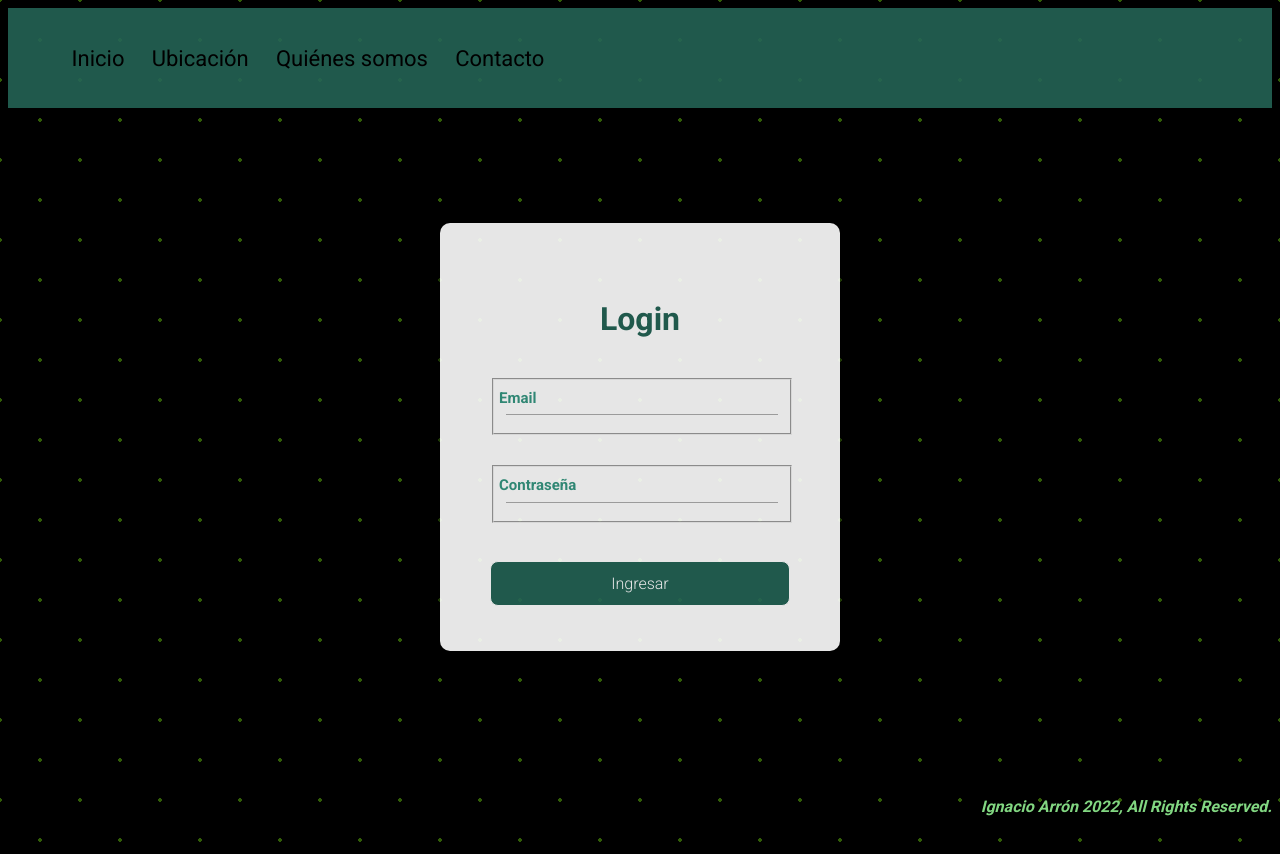
Repository: Divineridh/lppa-parcial2
Page: login.html
The author's editor kept a copy of each file at every save. The page is drawn from the files as they stood at one save, then again after the next save.
The browser window is 1280 px wide. The pictures show the whole page.

Above is the page before, as saved 2022-07-04 21:42:45.

### login.html
<!DOCTYPE html>
<html lang="en">
<head>
    <meta charset="UTF-8">
    <meta http-equiv="X-UA-Compatible" content="IE=edge">
    <meta name="viewport" content="width=device-width, initial-scale=1.0">
    <link rel="stylesheet" href="./styles/login.css">
    <link rel="stylesheet" href="./styles/style.css">
    <script src="./scripts/login.js"></script>
    <link rel="shortcut icon" href="images/favicon.ico" type="image/x-icon">
    <title>Login page</title>
</head>
<body>
    <header>
        <nav>
            <a href="#" target="_blank">Inicio</a>
            <a href="#" target="_blank">Ubicación</a>
            <a href="#" target="_blank">Quiénes somos</a>
            <a href="#" target="_blank">Contacto</a>
        </nav>
    </header>
    <form class="form">
        <h2 class="form-title">Login</h2>
        <fieldset class="form-group">
            <label class="form-label-text" for="txtEmail">Email</label>
            <input class="form-text" type="email" id="txtEmail" placeholder=" ">
            <label class="form-label-error hidden" for="txtEmail">Ingrese un email válido</label>
        </fieldset>
        <fieldset class="form-group">
            <label class="form-label-text" for="txtPassword">Contraseña</label>
            <input class="form-text" type="password" id="txtPassword" placeholder=" ">
            <label class="form-label-error hidden" for="txtPassword">Ingrese una contraseña válido</label>
        </fieldset>
        <input class="form-button" type="submit" value="Ingresar" id="loginBtn">
        <label id="label-error-login" class="form-label-error" hidden></label>
    </form>
    <footer>
        <p>
            Ignacio Arrón 2022, All Rights Reserved.
        </p>
    </footer>
</body>
</html>

### styles/login.css
.form{
    background-color: var(--blanco);
    margin: 100px auto;
    width: 90%;
    max-width: 400px;
    padding: 50px;
    padding-bottom: 25px;
    border-radius: 10px;
    box-shadow: 0px 5px 10px;
    text-align: center;
}

.form-title{
    font-size: 32px;
    margin-bottom: 40px;
    font-weight: 700;
    color: var(--verdeClaro)
}

.form-container{
    margin-top: 50px;
    display:flex;
}

.form-group{
    width: 100%;
    position: relative;
    margin-bottom: 30px;
}

.form-text{
    width: 100%;
    background: none;
    margin-bottom: 8px;
    color: rgb(112, 108, 108);
    font-size: 16px;
    padding: 5px 3px;
    border:none;
    outline:none;
    border-bottom: 1px solid rgb(87, 87, 87, 0.49);
    font-family: 'Roboto', sans-serif;
}

.form-text:focus + .form-lblTxt, .form-txt:not(:placeholder-shown) + .form-lblTxt{
    transform: translateY(-13px) scale(0.9);
    transform-origin: left top;
}

.form-label-text{
    color: var(--verdeAgua);
    position:absolute;
    font-size: 15px;
    top:0;
    left:5px;
    font-weight: bold;
    transform: translateY(9px);
    transform-origin: left bottom;
    transition: transform .5s;
}

.form-label-error{
    width: 100%;
    color:rgb(255, 0, 0);
    text-align: center;
}

.form-img{
    width: 20%;
    height: 20%;
}

.form-button{
    width: 100%;
    background-color: var(--verdeClaro);
    color:var(--blanco);
    font-family: 'Roboto', sans-serif;
    font-weight: 300;
    font-size: 16px;
    padding: 12px 0px;
    border: 1px solid;
    border-radius: 8px;
    cursor: pointer;
    transition: background-color .3s;
    margin-top: 8px;
    margin-bottom: 20px;
}

.form-button:hover{
    color: var(--verdeClaro);
    background-color: var(--blanco);
}

### styles/style.css
@import url('https://fonts.googleapis.com/css2?family=Roboto:wght@300;400;700&display=swap');

*{
    box-sizing: border-box;
    --azul: rgb(56, 102, 242);
    --blanco: rgb(255, 255, 255);
    --gris: rgb(221, 221, 221);
    --negro: rgb(0, 0, 0);
    --verdeOscuro: rgb(15, 54, 45);
    --verdeClaro: rgb(36, 99, 85);
    --verdeAgua: rgb(54, 150, 129);
    --verdeHeader: rgb(17, 96, 0);
}

body{
    font-family: 'Roboto', sans-serif;
    background-color: var(--negro);
    opacity: 0.9;
    background-image: radial-gradient(#315d07 2px, transparent 2px), radial-gradient(#315d07 2px, #000000 2px);
    background-size: 80px 80px;
    background-position: 0 0,40px 40px;
    display:flex;
    flex-direction: column;
}

header{
    width: 100%;
    height: 100px;
    padding: 0px 50px;
    margin-bottom: 15px;
    display: flex;
    justify-content: space-between;
    align-items: center;
    background-color: var(--verdeClaro);
}

header h1{
    font-weight: 700;
    font-size: 40px;
    color:var(--blanco);
}

header nav{
    display:inherit;
    justify-content: space-around;
    width: 500px;
}

header nav a{
    text-decoration: none;
    font-weight: 400;
    font-size: 22px;
    color:var(--negro);
}

header nav i{
    font-size: 22px;
}

header nav a:hover, i:hover{
    color: var(--blanco);
    cursor: pointer;
}

footer{
    width: 100%;
    height: 50px;
    display: flex;
    justify-content: right;
    align-items: bottom;
    margin-top: 30px;
    margin-bottom: 15px;
}

footer p{
    color: lightgreen;
    font-weight: 700;
    font-style: oblique;
    text-align: center;
}

.hidden{
    display:none;
}

### scripts/login.js
window.onload = function() {
    SessionCheck();
    GetElements();
    HideLabels();
    submit.onclick = (e) => {
        e.preventDefault();
        if (FieldValidations()) {
            errorLogin.classList.toggle("hidden", true);
            Request();
        }
    }
}

function SessionCheck() {
    if (localStorage.logged == "true") {
        location = "./dashboard.html";
    }
}

function GetElements() {
    email = document.getElementById("txtEmail");
    password = document.getElementById("txtPassword");
    submit = document.getElementById("loginBtn")
    errorLogin = document.getElementById("label-error-login")
}

function Login(data) {
    if (data.error == false) {
        localStorage.logged = "true";
    }
}

function FieldValidations() {
    validate = true;
    if (password.value.length < 7) {
        pass.labels[1].classList.toggle("hidden", false);
        validate = false;
    }
    if (!email.value.match(/[a-z0-9]+@[a-z]+\.[a-z]{2,3}/)) {
        email.labels[1].classList.toggle("hidden", false);
        validate = false;
    }
    return validate;
}

function HideLabels() {
    email.onfocus = () => {
        email.labels[1].classList.toggle("hidden", true);
        errorLogin.classList.toggle("hidden", true);
    }
    password.onfocus = () => {
        password.labels[1].classList.toggle("hidden", true);
        errorLogin.classList.toggle("hidden", true);
    }
}

function Request() {
    fetch("https://basic-server-one.vercel.app/login", {
        method: "POST",
        headers: { "Content-Type": "application/json"},
        body: JSON.stringify({
        email: email.value,
        password: password.value
        })
    })
        .then(response => response.json())
        .then(data => Login(data))
        .catch(error => console.log(error))
}

After the next save:
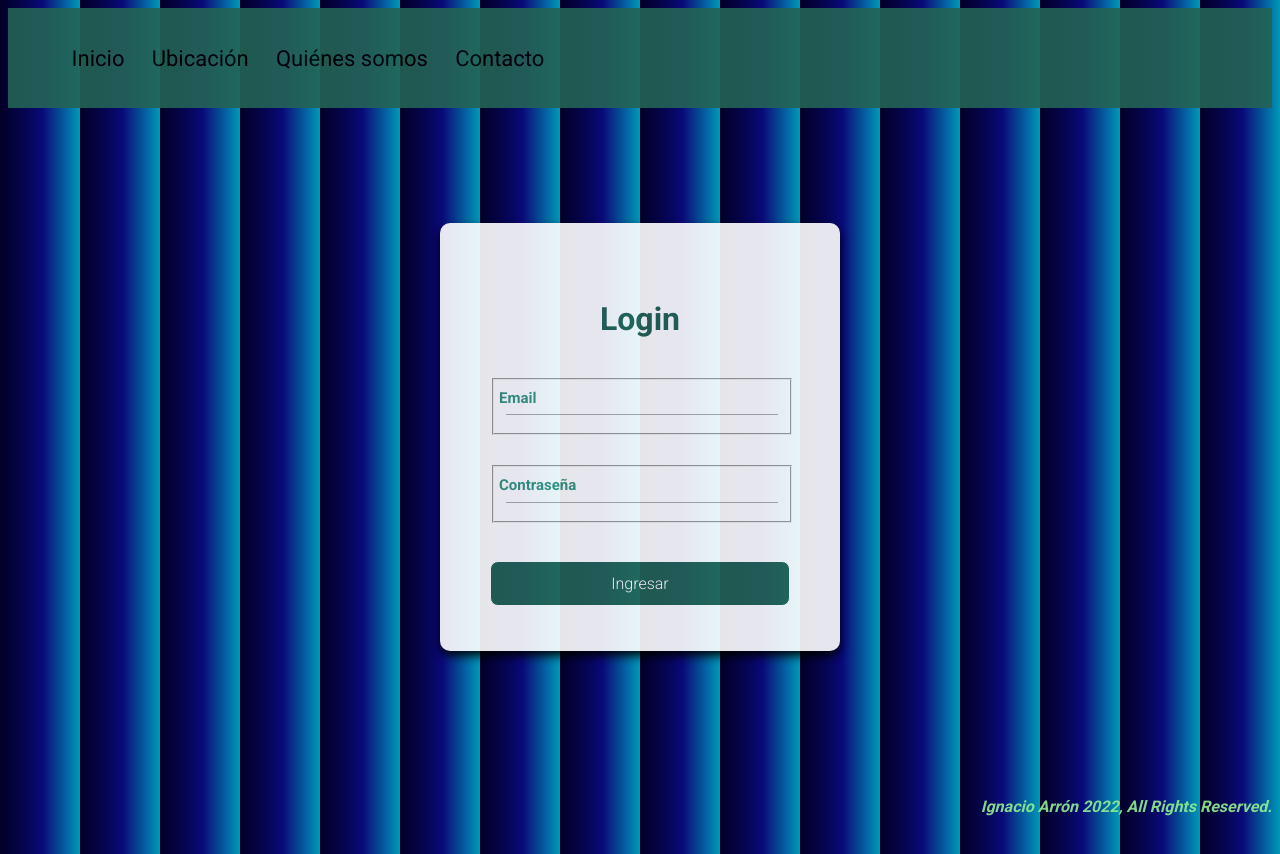
Saved 2 min 29 s later.
--- a/styles/style.css
+++ b/styles/style.css
@@ -14,9 +14,9 @@
 
 body{
     font-family: 'Roboto', sans-serif;
-    background-color: var(--negro);
     opacity: 0.9;
-    background-image: radial-gradient(#315d07 2px, transparent 2px), radial-gradient(#315d07 2px, #000000 2px);
+    background: rgb(2,0,36);
+    background: linear-gradient(90deg, rgba(2,0,36,1) 0%, rgba(6,5,86,1) 34%, rgba(9,9,121,1) 53%, rgba(0,153,184,1) 100%);
     background-size: 80px 80px;
     background-position: 0 0,40px 40px;
     display:flex;
